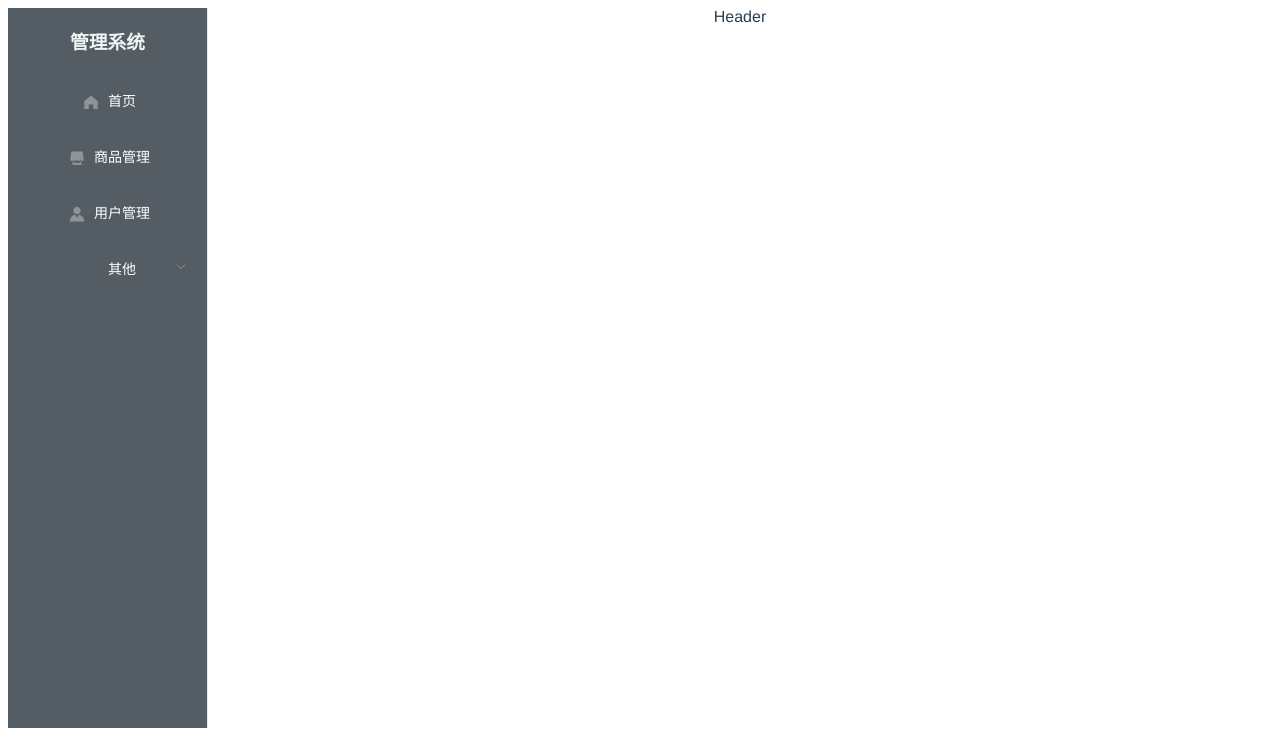
Repository: tkqi/manage
Page: /
The author's editor kept a copy of each file at every save. The page is drawn from the files as they stood at one save, then again after the next save.
The browser window is 1280 px wide. The pictures show the whole page.
The project was rebuilt for these pictures with package versions that can differ from the ones it lists, and the page was loaded fresh each time. Also part of the build but not shown: vue.config.js.

Above is the page before, as saved 2023-12-01 14:21:21.

### src/main.js
import Vue from 'vue'
import App from './App.vue'
import router from './router'
import store from './store'
import ElementUI from 'element-ui';
import 'element-ui/lib/theme-chalk/index.css';

Vue.config.productionTip = false
Vue.use(ElementUI);

new Vue({
  router,
  store,
  render: h => h(App)
}).$mount('#app')

### src/App.vue
<template>
  <div id="app">
    <!-- 路由出口 -->
    <router-view/>
  </div>
</template>

<style lang="less">
#app {
  font-family: Avenir, Helvetica, Arial, sans-serif;
  -webkit-font-smoothing: antialiased;
  -moz-osx-font-smoothing: grayscale;
  text-align: center;
  color: #2c3e50;
  // height: 100%;
}

nav {
  padding: 30px;

  a {
    font-weight: bold;
    color: #2c3e50;

    &.router-link-exact-active {
      color: #42b983;
    }
  }
}

// html,
// body {
//   width: 100%;
//   height: 100%;
// }

</style>

### src/router/index.js
import Vue from 'vue'
import VueRouter from 'vue-router'
import routes from './routes'
Vue.use(VueRouter)


const router = new VueRouter({
  routes: routes
})

// 暴露router实例
export default router

### src/router/routes.js
export default [
    // 主路由
    {
        path: '/',
        component: () => import('../views/Main.vue'),
        // 子路由
        children: [
            {
                path: '/home',
                // 路由组件懒加载
                component: () => import('../views/Home.vue')
            },
            {
                path: '/user',
                component: () => import('../views/User.vue')
            }
        ]
    },
    {
        path: '/home',
        // 路由组件懒加载
        component: () => import('../views/Home.vue')
    },
    {
        path: '/user',
        component: () => import('../views/User.vue')
    }
]

### src/views/Main.vue
<!-- eslint-disable vue/multi-word-component-names -->
<template>
    <div>
        <el-container >
            <el-aside width="200px"><sidebar/></el-aside>
            <el-container>
                <el-header>Header</el-header>
                <el-main><router-view /></el-main>
            </el-container>
        </el-container>

    </div>
</template>

<script>
import sidebar from '../components/sidebar.vue'
export default {
    components:{
        sidebar
    }
}
</script>

<style lang="less" scoped>
.el-header {
    padding: 0
}
</style>

### src/components/sidebar.vue
<!-- eslint-disable vue/multi-word-component-names -->
<template>
    <el-menu default-active="1-4-1" class="menu" @open="handleOpen" @close="handleClose" :collapse="isCollapse"
        background-color="#545c64" text-color="#fff" active-text-color="#ffd04b"    >
        <h3>管理系统</h3>
        <el-menu-item v-for="item in noChildren" :key="item.name" index="item.name">
            <i :class="`el-icon-${item.icon}`"></i>
            <span slot="title">{{ item.label }}</span>
        </el-menu-item>
        <el-submenu v-for="item in hasChildren" :key="item.label" index="item.label">
            <template slot="title">
                <i :class="`el-icon-${item.icon}`"></i>
                <span slot="title">{{ item.label }}</span>
            </template>
            <el-menu-item-group v-for="subitem in item.children" :key="subitem.name">
                <el-menu-item index="subitem.name">{{ subitem.label }}</el-menu-item>
            </el-menu-item-group>
        </el-submenu>
    </el-menu>
</template>


<style lang="less" scoped>
.el-menu-vertical-demo:not(.el-menu--collapse) {
    width: 200px;
    min-height: 400px;
}

.menu{
    height: 100vh;
    h3{
        color: rgb(239, 244, 244);
    }
}
</style>

<script>
export default {
    computed: {
        // 无子菜单
        noChildren() {
            return this.menuData.filter(o => !o.children);
        },
        // 有子菜单
        hasChildren() {
            return this.menuData.filter(o => o.children);
        }
    },
    data() {
        return {
            isCollapse: false,
            menuData: [
                {
                    path: '/',
                    name: 'home',
                    label: "首页",
                    icon: 's-home',
                    url: 'Home/Home'
                },
                {
                    path: '/mall',
                    name: 'mall',
                    label: "商品管理",
                    icon: 's-shop',
                    url: 'MallManage/MallManage'
                },
                {
                    path: '/user',
                    name: 'user',
                    label: "用户管理",
                    icon: 's-custom',
                    url: 'UserManage/UserManage'
                },
                {
                    label: '其他',
                    icon: 's-other',
                    children: [
                        {
                            path: '/page1',
                            name: 'page1',
                            label: "页面1",
                            icon: 's-claim',
                            url: 'Other/PageOne'
                        },
                        {
                            path: '/page2',
                            name: 'page2',
                            label: "页面2",
                            icon: 's-claim',
                            url: 'Other/PageTwo'
                        },
                    ]
                }
            ]
        };
    },
    methods: {
        handleOpen(key, keyPath) {
            console.log(key, keyPath);
        },
        handleClose(key, keyPath) {
            console.log(key, keyPath);
        }
    }
}
</script>

<style lang="less" scoped>

</style>

Loaded but not shown: public/index.html (common file); src/store/index.js (common file)

After the next save:
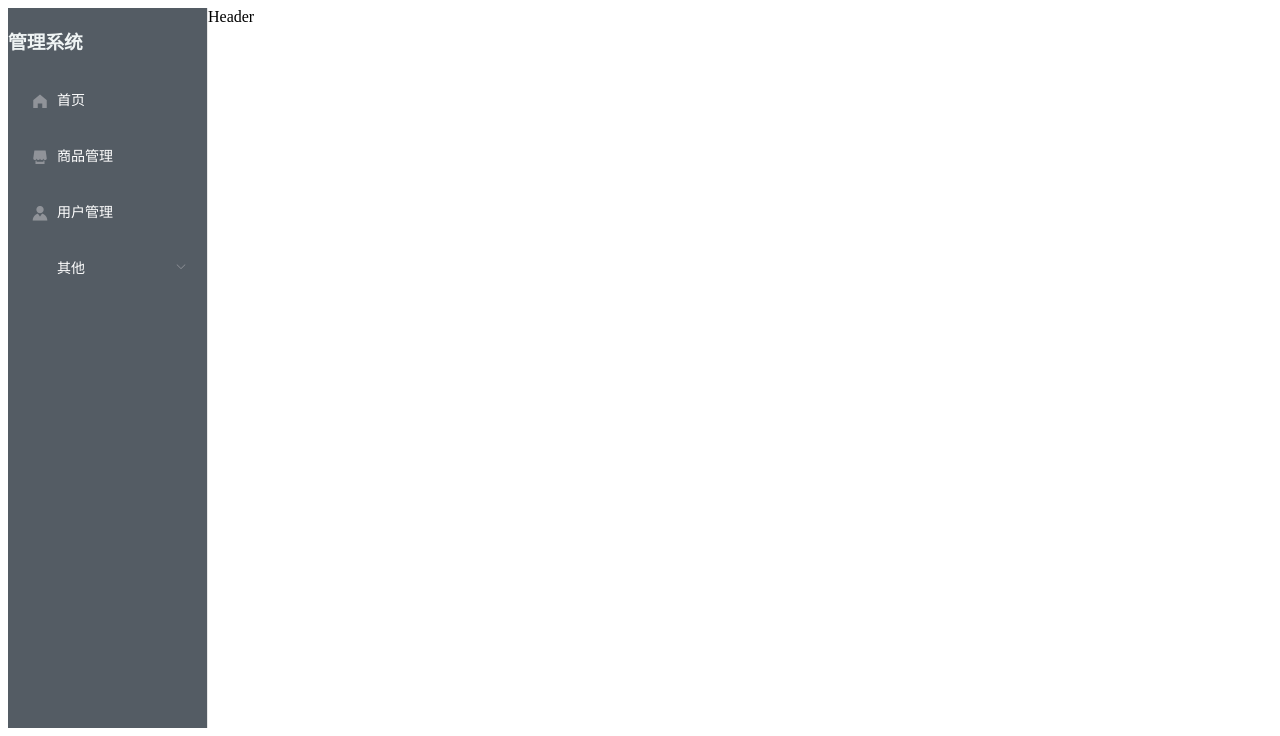
Saved 50 s later.
--- a/src/App.vue
+++ b/src/App.vue
@@ -5,33 +5,6 @@
   </div>
 </template>
 
-<style lang="less">
-#app {
-  font-family: Avenir, Helvetica, Arial, sans-serif;
-  -webkit-font-smoothing: antialiased;
-  -moz-osx-font-smoothing: grayscale;
-  text-align: center;
-  color: #2c3e50;
-  // height: 100%;
-}
-
-nav {
-  padding: 30px;
-
-  a {
-    font-weight: bold;
-    color: #2c3e50;
-
-    &.router-link-exact-active {
-      color: #42b983;
-    }
-  }
-}
-
-// html,
-// body {
-//   width: 100%;
-//   height: 100%;
-// }
+<style lang="less" scoped>
 
 </style>
